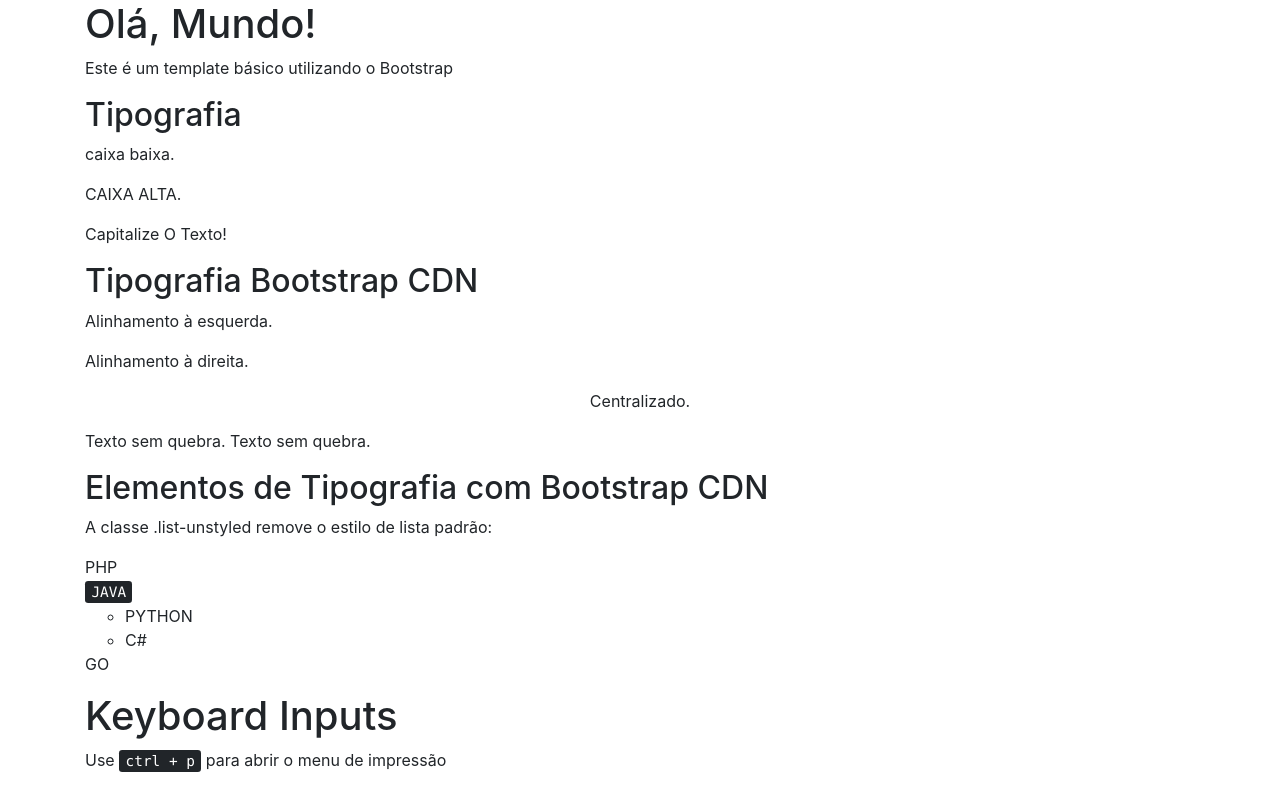
Repository: In-Game-full/Reprograme-se
Page: S-3/Aula-11(associação de CSS)/Praticas sugeridas/index.html
An editor plug-in stored every save of this project. The page is shown before and after the next save, followed by the edit.
The browser window is 1280 px wide. The pictures show the whole page.
Some web libraries are served in a nearby version.

Above is the page before, as saved 2023-08-02 09:33:42.
Console error (its wording comes from the project's code and is left out).

### S-3/Aula-11(associação de CSS)/Praticas sugeridas/index.html
<!DOCTYPE html>

<html lang="pt-br">

<head>

    <meta charset="utf-8">

    <meta http-equiv="X-UA-Compatible" content="IE=edge">

    <title>Bootstrap Starter Template - Exemplo Trybe </title>

    <meta name="viewport" content="width=device-width, initial-scale=1">

    <!-- Bootstrap CSS -->
    <link rel="stylesheet" type="text/css"
        href="https://maxcdn.bootstrapcdn.com/bootstrap/4.0.0-beta.2/css/bootstrap.min.css">

    <!-- Bootstrap JS -->
    <script src="https://maxcdn.bootstrapcdn.com/bootstrap/3.3.7/js/bootstrap.min.js"></script>

</head>

<body>

    <div class="container">

        <h1>Olá, Mundo!</h1>

        <p>Este é um template básico utilizando o Bootstrap</p>

    </div>
    <!-- Classes de capitalização -->
    <div class="container mt-3">
        <h2>Tipografia</h2>
        <p class="text-lowercase">Caixa Baixa.</p>
        <p class="text-uppercase">Caixa Alta.</p>
        <p class="text-capitalize">Capitalize o texto!</p>
    </div>

    <!-- Classes de Alinhamento -->
    <div class="container mt-3">
        <h2>Tipografia Bootstrap CDN</h2>
        <p class="text-start">Alinhamento à esquerda.</p>
        <p class="text-end">Alinhamento à direita.</p>
        <p class="text-center">Centralizado.</p>
        <p class="text-nowrap">Texto sem quebra. Texto sem quebra. </p>
    </div>
    <!-- Classes de estilização de listas -->
    <div class="container mt-3">
        <h2>Elementos de Tipografia com Bootstrap CDN</h2>
        <p>A classe .list-unstyled remove o estilo de lista padrão:</p>
        <ul class="list-unstyled">
            <li>PHP</li>
            <li><kbd>JAVA</kbd>
                <ul>
                    <li>PYTHON</li>
                    <li>C#</li>
                </ul>
            </li>
            <li>GO</li>
        </ul>
    </div>
    <!-- Inputs de teclado -->
    <div class="container mt-3">
        <h1>Keyboard Inputs</h1>
        <p>Use <kbd>ctrl + p</kbd> para abrir o menu de impressão</p>
    </div>
    <!-- --------------------------- -->

    <script src="https://code.jquery.com/jquery-3.2.1.slim.min.js"></script>

    <script src="https://cdnjs.cloudflare.com/ajax/libs/popper.js/1.14.3/umd/popper.min.js"></script>

    <script src="https://maxcdn.bootstrapcdn.com/bootstrap/4.0.0-beta.2/js/bootstrap.min.js"></script>

</body>

</html>

After the next save:
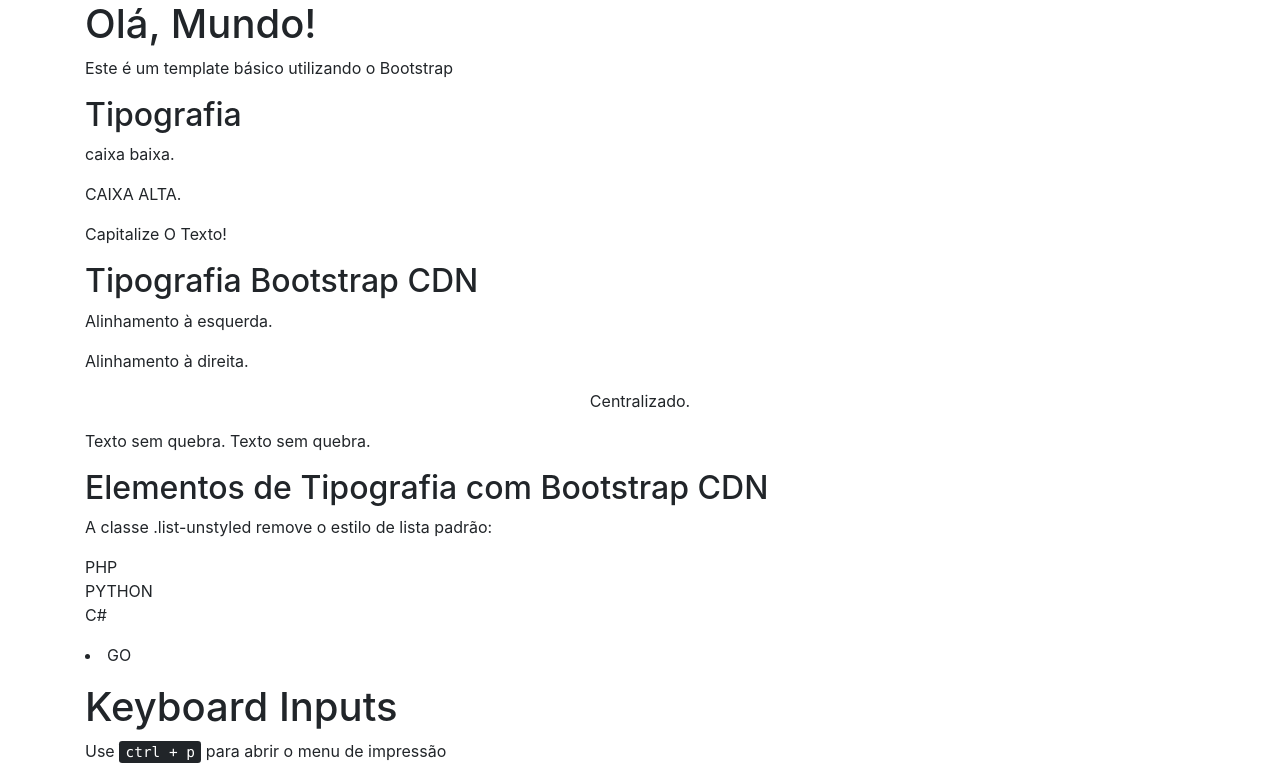
Saved 12 s later.
--- a/S-3/Aula-11(associação de CSS)/Praticas sugeridas/index.html
+++ b/S-3/Aula-11(associação de CSS)/Praticas sugeridas/index.html
@@ -52,7 +52,7 @@
         <p>A classe .list-unstyled remove o estilo de lista padrão:</p>
         <ul class="list-unstyled">
             <li>PHP</li>
-            <li><kbd>JAVA</kbd>
+            <li><JAVA
                 <ul>
                     <li>PYTHON</li>
                     <li>C#</li>
